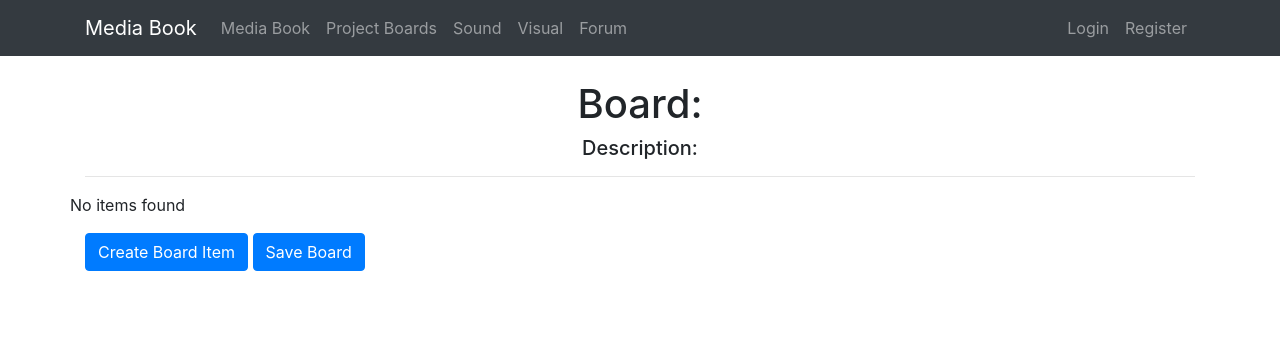
Repository: NateClarkTech/Software-Engineering-3
Page: IdeaBoards/templates/boarddetail.html
The author's editor kept a copy of each file at every save. The page is drawn from the files as they stood at one save, then again after the next save.
The browser window is 1280 px wide. The pictures show the whole page.
Some web libraries are served in a nearby version. The template is drawn by Django 5.2. The application's start-up code is not run. The template is opened directly, without the code that normally fills it, so the values that code supplies are empty.

Above is the page before, as saved 2024-04-16 15:37:44.

After the next save:
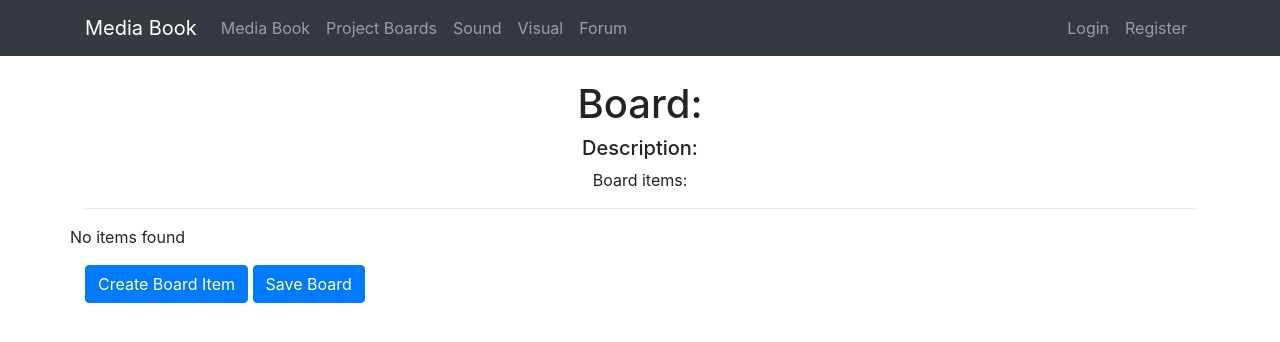
Saved 31 s later.
--- a/IdeaBoards/templates/boarddetail.html
+++ b/IdeaBoards/templates/boarddetail.html
@@ -90,6 +90,7 @@
     <div id="board-title-and-description" class="text-center">
         <h1>Board: {{ board.title }}</h1>
         <h5>Description: {{ board.description }}</h5>
+        <p>Board items:</p>
         <hr/>
     </div>
 
